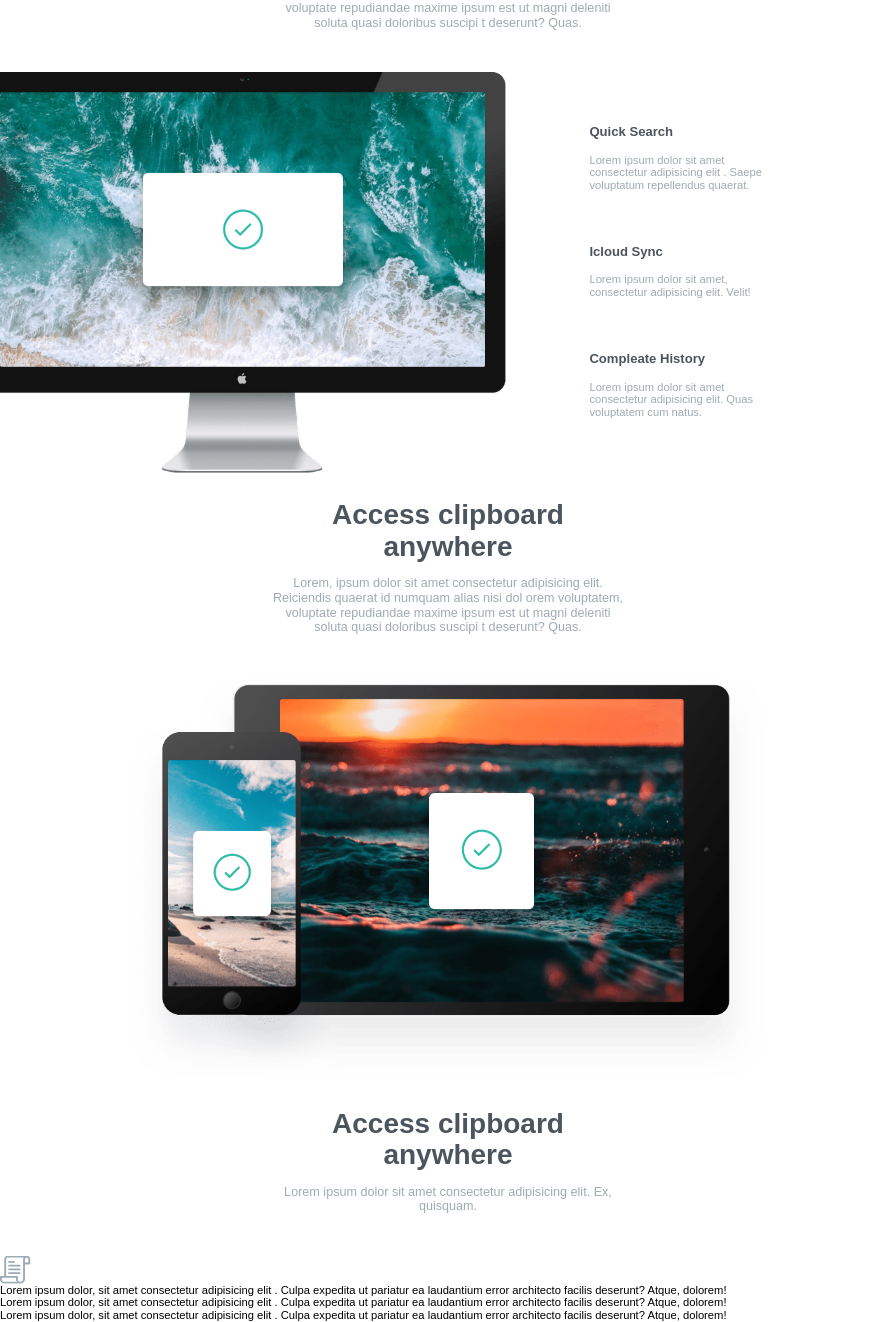
Repository: AbuMulla-Mohammad/clipboard
Page: index.html
An editor plug-in stored every save of this project. The page is shown before and after the next save, followed by the edit.
The browser window is 1280 px wide. The pictures show the part of the page from y = 767 to 2687 px (the page is 2655 px tall before and 2687 px after), at 70% of full size.
Some web fonts or font styles are not loaded; a fallback is used.

Above is the page before, as saved 2023-11-01 10:57:03.

After the next save:
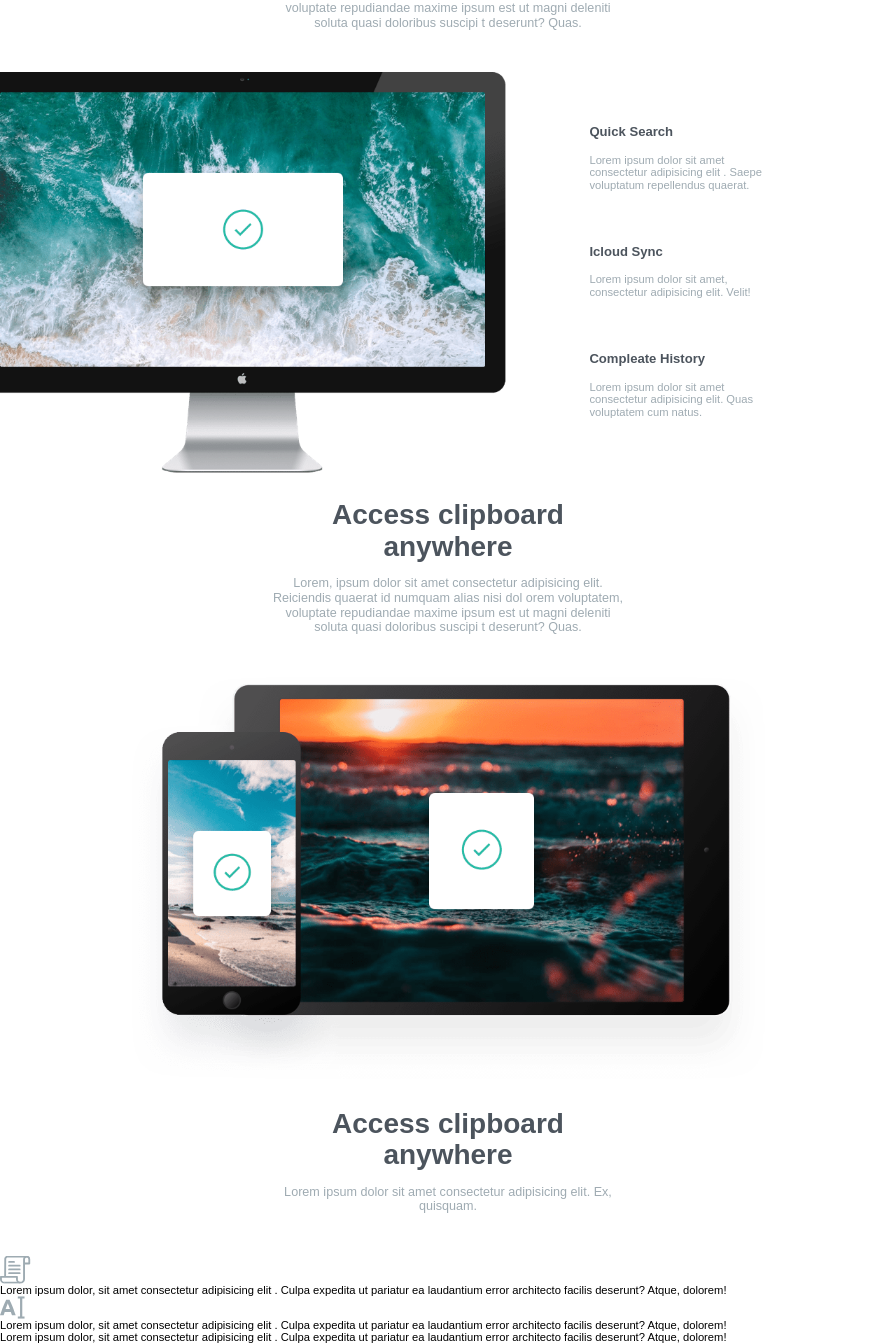
Saved 17 s later.
--- a/index.html
+++ b/index.html
@@ -98,7 +98,7 @@
                 error architecto facilis deserunt? Atque, dolorem!</p>
         </div>
         <div class="item">
-            <img src="" alt="">
+            <img src="images/icon-text.svg" alt="text">
             <h3></h3>
             <p>Lorem ipsum dolor, sit amet consectetur adipisicing elit
                 . Culpa expedita ut pariatur ea laudantium
